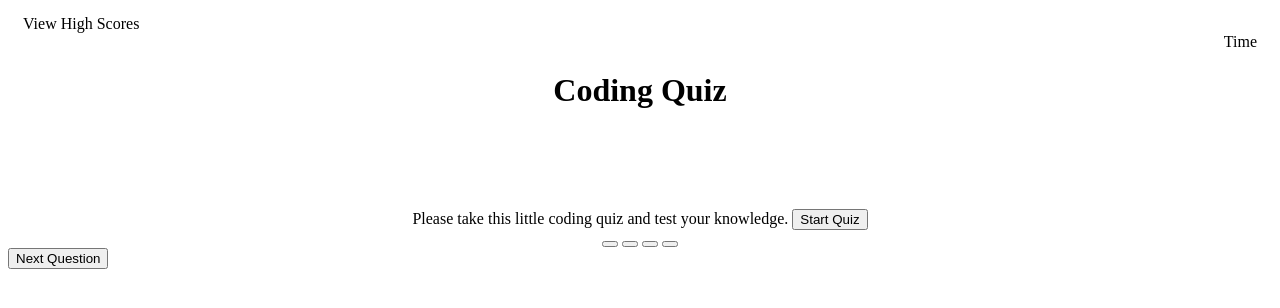
Repository: Naomilounsbury/code-quiz
Page: index.html
These files come from the project's save history. The page is drawn as it stood at one moment and after the next save; the edit follows.
The browser window is 1280 px wide. The pictures show the whole page.

Above is the page before, as saved 2021-11-27 17:21:25.

After the next save:
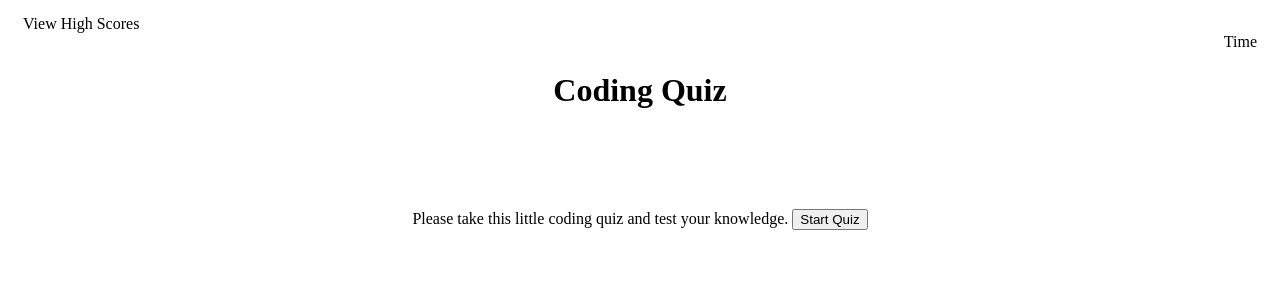
Saved 117 s later.
--- a/index.html
+++ b/index.html
@@ -31,21 +31,9 @@
  <!-- here is the quiz -->
  <form id="questions-form">
  <div id="question" class="question" >
-    <!-- do i even need classes here? I know I will have to get buttons by id to be able to talk to them -->
-     <button class="a" id="a" >
-     </button>
-     <button class="b" id="b">
-     </button>
-     <button class="c" id="c">
-     </button>
-     <button class="d" id="d">
-     </button>
-
 
  </div>
- <button onclick="nextQuestion()">
-        Next Question
-</button>
+
 </form>
 <script src="./assets/js/script.js"></script>
 </body>
